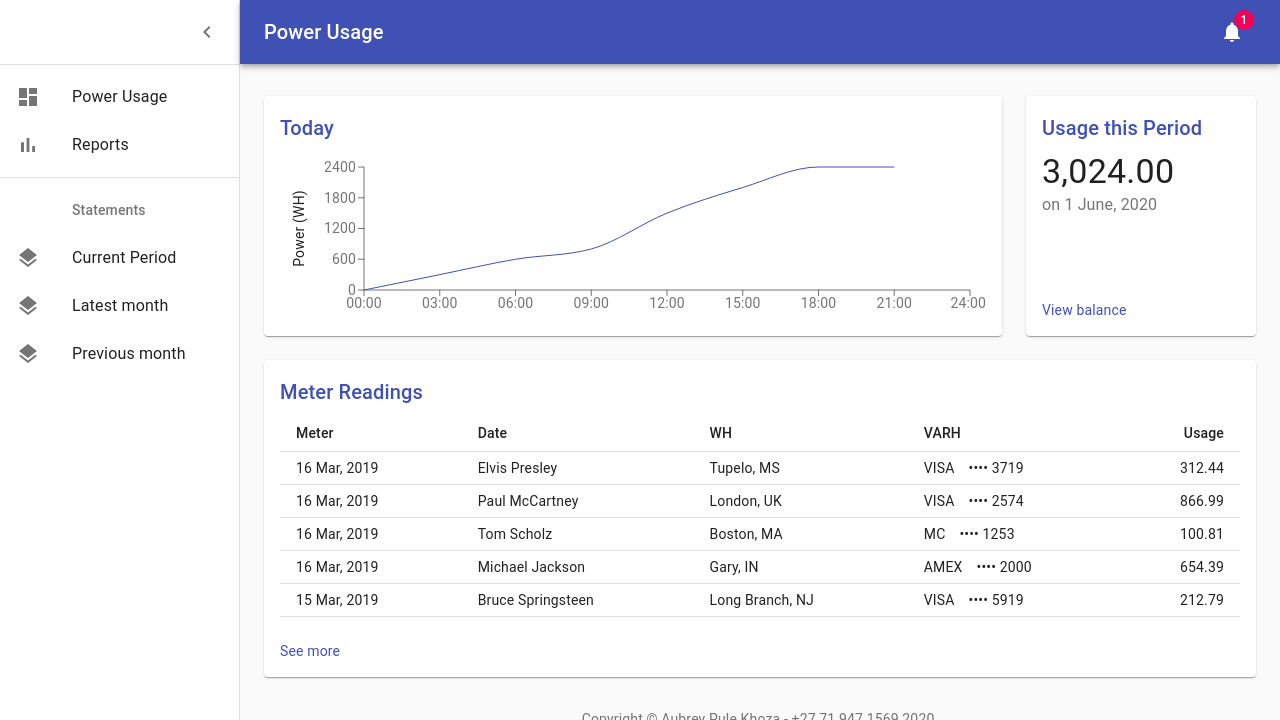
Repository: aubreypk/utilities-metering
Page: / (app in utilities-metering-app/)
The author's editor kept a copy of each file at every save. The page is drawn from the files as they stood at one save, then again after the next save.
The browser window is 1280 px wide. The pictures show the whole page.
An inner scrolling area shows only its first screen. The project was rebuilt for these pictures with package versions that can differ from the ones it lists, and the page was loaded fresh each time. Also part of the build but not shown: utilities-metering-app/src/App.css.

Above is the page before, as saved 2020-05-31 18:02:12.

### utilities-metering-app/src/App.js
import React, { Component } from 'react'
import Dashboard from './components/Dashboard'

import './App.css';

class App extends Component {
  render() {
    return (
      <div>
        <Dashboard />
      </div>
    )
  }
}

export default App;

### utilities-metering-app/src/components/Dashboard.js
import React from 'react';
import clsx from 'clsx';
import { makeStyles } from '@material-ui/core/styles';
import CssBaseline from '@material-ui/core/CssBaseline';
import Drawer from '@material-ui/core/Drawer';
import Box from '@material-ui/core/Box';
import AppBar from '@material-ui/core/AppBar';
import Toolbar from '@material-ui/core/Toolbar';
import List from '@material-ui/core/List';
import Typography from '@material-ui/core/Typography';
import Divider from '@material-ui/core/Divider';
import IconButton from '@material-ui/core/IconButton';
import Badge from '@material-ui/core/Badge';
import Container from '@material-ui/core/Container';
import Grid from '@material-ui/core/Grid';
import Paper from '@material-ui/core/Paper';
import Link from '@material-ui/core/Link';
import MenuIcon from '@material-ui/icons/Menu';
import ChevronLeftIcon from '@material-ui/icons/ChevronLeft';
import NotificationsIcon from '@material-ui/icons/Notifications';
import { mainListItems, secondaryListItems } from './Sidebar';
import PowerChart from './PowerChart';
import TotalPower from './TotalPower';
import PowerReadings from './PowerReadings';

function Copyright() {
  return (
    <Typography variant="body2" color="textSecondary" align="center">
      {'Copyright © '}
      <Link color="inherit" href="#">
        Aubrey Pule Khoza - +27 71 947 1569
      </Link>{' '}
      {new Date().getFullYear()}
      {'.'}
    </Typography>
  );
}

const drawerWidth = 240;

const useStyles = makeStyles((theme) => ({
  root: {
    display: 'flex',
  },
  toolbar: {
    paddingRight: 24, // keep right padding when drawer closed
  },
  toolbarIcon: {
    display: 'flex',
    alignItems: 'center',
    justifyContent: 'flex-end',
    padding: '0 8px',
    ...theme.mixins.toolbar,
  },
  appBar: {
    zIndex: theme.zIndex.drawer + 1,
    transition: theme.transitions.create(['width', 'margin'], {
      easing: theme.transitions.easing.sharp,
      duration: theme.transitions.duration.leavingScreen,
    }),
  },
  appBarShift: {
    marginLeft: drawerWidth,
    width: `calc(100% - ${drawerWidth}px)`,
    transition: theme.transitions.create(['width', 'margin'], {
      easing: theme.transitions.easing.sharp,
      duration: theme.transitions.duration.enteringScreen,
    }),
  },
  menuButton: {
    marginRight: 36,
  },
  menuButtonHidden: {
    display: 'none',
  },
  title: {
    flexGrow: 1,
  },
  drawerPaper: {
    position: 'relative',
    whiteSpace: 'nowrap',
    width: drawerWidth,
    transition: theme.transitions.create('width', {
      easing: theme.transitions.easing.sharp,
      duration: theme.transitions.duration.enteringScreen,
    }),
  },
  drawerPaperClose: {
    overflowX: 'hidden',
    transition: theme.transitions.create('width', {
      easing: theme.transitions.easing.sharp,
      duration: theme.transitions.duration.leavingScreen,
    }),
    width: theme.spacing(7),
    [theme.breakpoints.up('sm')]: {
      width: theme.spacing(9),
    },
  },
  appBarSpacer: theme.mixins.toolbar,
  content: {
    flexGrow: 1,
    height: '100vh',
    overflow: 'auto',
  },
  container: {
    paddingTop: theme.spacing(4),
    paddingBottom: theme.spacing(4),
  },
  paper: {
    padding: theme.spacing(2),
    display: 'flex',
    overflow: 'auto',
    flexDirection: 'column',
  },
  fixedHeight: {
    height: 240,
  },
}));

export default function Dashboard() {
  const classes = useStyles();
  const [open, setOpen] = React.useState(true);
  const handleDrawerOpen = () => {
    setOpen(true);
  };
  const handleDrawerClose = () => {
    setOpen(false);
  };
  const fixedHeightPaper = clsx(classes.paper, classes.fixedHeight);

  return (
    <div className={classes.root}>
      <CssBaseline />
      <AppBar position="absolute" className={clsx(classes.appBar, open && classes.appBarShift)}>
        <Toolbar className={classes.toolbar}>
          <IconButton
            edge="start"
            color="inherit"
            aria-label="open drawer"
            onClick={handleDrawerOpen}
            className={clsx(classes.menuButton, open && classes.menuButtonHidden)}
          >
            <MenuIcon />
          </IconButton>
          <Typography component="h1" variant="h6" color="inherit" noWrap className={classes.title}>
            Power Usage
          </Typography>
          <IconButton color="inherit">
            <Badge badgeContent={1} color="secondary">
              <NotificationsIcon />
            </Badge>
          </IconButton>
        </Toolbar>
      </AppBar>
      <Drawer
        variant="permanent"
        classes={{
          paper: clsx(classes.drawerPaper, !open && classes.drawerPaperClose),
        }}
        open={open}
      >
        <div className={classes.toolbarIcon}>
          <IconButton onClick={handleDrawerClose}>
            <ChevronLeftIcon />
          </IconButton>
        </div>
        <Divider />
        <List>{mainListItems}</List>
        <Divider />
        <List>{secondaryListItems}</List>
      </Drawer>
      <main className={classes.content}>
        <div className={classes.appBarSpacer} />
        <Container maxWidth="lg" className={classes.container}>
          <Grid container spacing={3}>
            {/* Chart */}
            <Grid item xs={12} md={8} lg={9}>
              <Paper className={fixedHeightPaper}>
                <PowerChart />
              </Paper>
            </Grid>
            {/* Recent Deposits */}
            <Grid item xs={12} md={4} lg={3}>
              <Paper className={fixedHeightPaper}>
                <TotalPower />
              </Paper>
            </Grid>
            {/* Recent Orders */}
            <Grid item xs={12}>
              <Paper className={classes.paper}>
                <PowerReadings />
              </Paper>
            </Grid>
          </Grid>
          <Box pt={4}>
            <Copyright />
          </Box>
        </Container>
      </main>
    </div>
  );
}

### utilities-metering-app/src/components/Sidebar.js
import React from 'react';
import ListItem from '@material-ui/core/ListItem';
import ListItemIcon from '@material-ui/core/ListItemIcon';
import ListItemText from '@material-ui/core/ListItemText';
import ListSubheader from '@material-ui/core/ListSubheader';
import DashboardIcon from '@material-ui/icons/Dashboard';
import BarChartIcon from '@material-ui/icons/BarChart';
import LayersIcon from '@material-ui/icons/Layers';
//import AssignmentIcon from '@material-ui/icons/Assignment';

export const mainListItems = (
  <div>
    <ListItem button>
      <ListItemIcon>
        <DashboardIcon />
      </ListItemIcon>
      <ListItemText primary="Power Usage" />
    </ListItem>
    <ListItem button>
      <ListItemIcon>
        <BarChartIcon />
      </ListItemIcon>
      <ListItemText primary="Reports" />
    </ListItem>
  </div>
);

export const secondaryListItems = (
  <div>
    <ListSubheader inset>Statements</ListSubheader>
    <ListItem button>
      <ListItemIcon>
        <LayersIcon />
      </ListItemIcon>
      <ListItemText primary="Current Period" />
    </ListItem>
    <ListItem button>
      <ListItemIcon>
        <LayersIcon />
      </ListItemIcon>
      <ListItemText primary="Latest month" />
    </ListItem>
    <ListItem button>
      <ListItemIcon>
        <LayersIcon />
      </ListItemIcon>
      <ListItemText primary="Previous month" />
    </ListItem>
  </div>
);

### utilities-metering-app/src/components/PowerChart.js
import React from 'react';
import { useTheme } from '@material-ui/core/styles';
import { LineChart, Line, XAxis, YAxis, Label, ResponsiveContainer } from 'recharts';
import Header from './Header';

// Generate Sales Data
function createData(time, amount) {
  return { time, amount };
}

const data = [
  createData('00:00', 0),
  createData('03:00', 300),
  createData('06:00', 600),
  createData('09:00', 800),
  createData('12:00', 1500),
  createData('15:00', 2000),
  createData('18:00', 2400),
  createData('21:00', 2400),
  createData('24:00', undefined),
];

export default function PowerChart() {
  const theme = useTheme();

  return (
    <React.Fragment>
      <Header>Today</Header>
      <ResponsiveContainer>
        <LineChart
          data={data}
          margin={{
            top: 16,
            right: 16,
            bottom: 0,
            left: 24,
          }}
        >
          <XAxis dataKey="time" stroke={theme.palette.text.secondary} />
          <YAxis stroke={theme.palette.text.secondary}>
            <Label
              angle={270}
              position="left"
              style={{ textAnchor: 'middle', fill: theme.palette.text.primary }}
            >
              Power (WH)
            </Label>
          </YAxis>
          <Line type="monotone" dataKey="amount" stroke={theme.palette.primary.main} dot={false} />
        </LineChart>
      </ResponsiveContainer>
    </React.Fragment>
  );
}

### utilities-metering-app/src/components/TotalPower.js
import React from 'react';
import Link from '@material-ui/core/Link';
import { makeStyles } from '@material-ui/core/styles';
import Typography from '@material-ui/core/Typography';
import Header from './Header';

function preventDefault(event) {
  event.preventDefault();
}

const useStyles = makeStyles({
  depositContext: {
    flex: 1,
  },
});

export default function TotalPower() {
  const classes = useStyles();
  return (
    <React.Fragment>
      <Header>Usage this Period</Header>
      <Typography component="p" variant="h4">
        3,024.00
      </Typography>
      <Typography color="textSecondary" className={classes.depositContext}>
        on 1 June, 2020
      </Typography>
      <div>
        <Link color="primary" href="#" onClick={preventDefault}>
          View balance
        </Link>
      </div>
    </React.Fragment>
  );
}

### utilities-metering-app/src/components/PowerReadings.js
import React from 'react';
import Link from '@material-ui/core/Link';
import { makeStyles } from '@material-ui/core/styles';
import Table from '@material-ui/core/Table';
import TableBody from '@material-ui/core/TableBody';
import TableCell from '@material-ui/core/TableCell';
import TableHead from '@material-ui/core/TableHead';
import TableRow from '@material-ui/core/TableRow';
import Header from './Header';

// Generate Order Data
function createData(id, date, name, shipTo, paymentMethod, amount) {
  return { id, date, name, shipTo, paymentMethod, amount };
}

const rows = [
  createData(0, '16 Mar, 2019', 'Elvis Presley', 'Tupelo, MS', 'VISA ⠀•••• 3719', 312.44),
  createData(1, '16 Mar, 2019', 'Paul McCartney', 'London, UK', 'VISA ⠀•••• 2574', 866.99),
  createData(2, '16 Mar, 2019', 'Tom Scholz', 'Boston, MA', 'MC ⠀•••• 1253', 100.81),
  createData(3, '16 Mar, 2019', 'Michael Jackson', 'Gary, IN', 'AMEX ⠀•••• 2000', 654.39),
  createData(4, '15 Mar, 2019', 'Bruce Springsteen', 'Long Branch, NJ', 'VISA ⠀•••• 5919', 212.79),
];

function preventDefault(event) {
  event.preventDefault();
}

const useStyles = makeStyles((theme) => ({
  seeMore: {
    marginTop: theme.spacing(3),
  },
}));

export default function PowerReadings() {
  const classes = useStyles();
  return (
    <React.Fragment>
      <Header>Meter Readings</Header>
      <Table size="small">
        <TableHead>
          <TableRow>
            <TableCell>Meter</TableCell>
            <TableCell>Date</TableCell>
            <TableCell>WH</TableCell>
            <TableCell>VARH</TableCell>
            <TableCell align="right">Usage</TableCell>
          </TableRow>
        </TableHead>
        <TableBody>
          {rows.map((row) => (
            <TableRow key={row.id}>
              <TableCell>{row.date}</TableCell>
              <TableCell>{row.name}</TableCell>
              <TableCell>{row.shipTo}</TableCell>
              <TableCell>{row.paymentMethod}</TableCell>
              <TableCell align="right">{row.amount}</TableCell>
            </TableRow>
          ))}
        </TableBody>
      </Table>
      <div className={classes.seeMore}>
        <Link color="primary" href="#" onClick={preventDefault}>
          See more
        </Link>
      </div>
    </React.Fragment>
  );
}

### utilities-metering-app/src/components/Header.js
import React from 'react';
import PropTypes from 'prop-types';
import Typography from '@material-ui/core/Typography';

export default function Header(props) {
  return (
    <Typography component="h2" variant="h6" color="primary" gutterBottom>
      {props.children}
    </Typography>
  );
}

Header.propTypes = {
  children: PropTypes.node,
};

Loaded but not shown: utilities-metering-app/public/index.html (common file); utilities-metering-app/src/index.js (common file); utilities-metering-app/src/index.css (common file); utilities-metering-app/src/serviceWorker.js (common file)

After the next save:
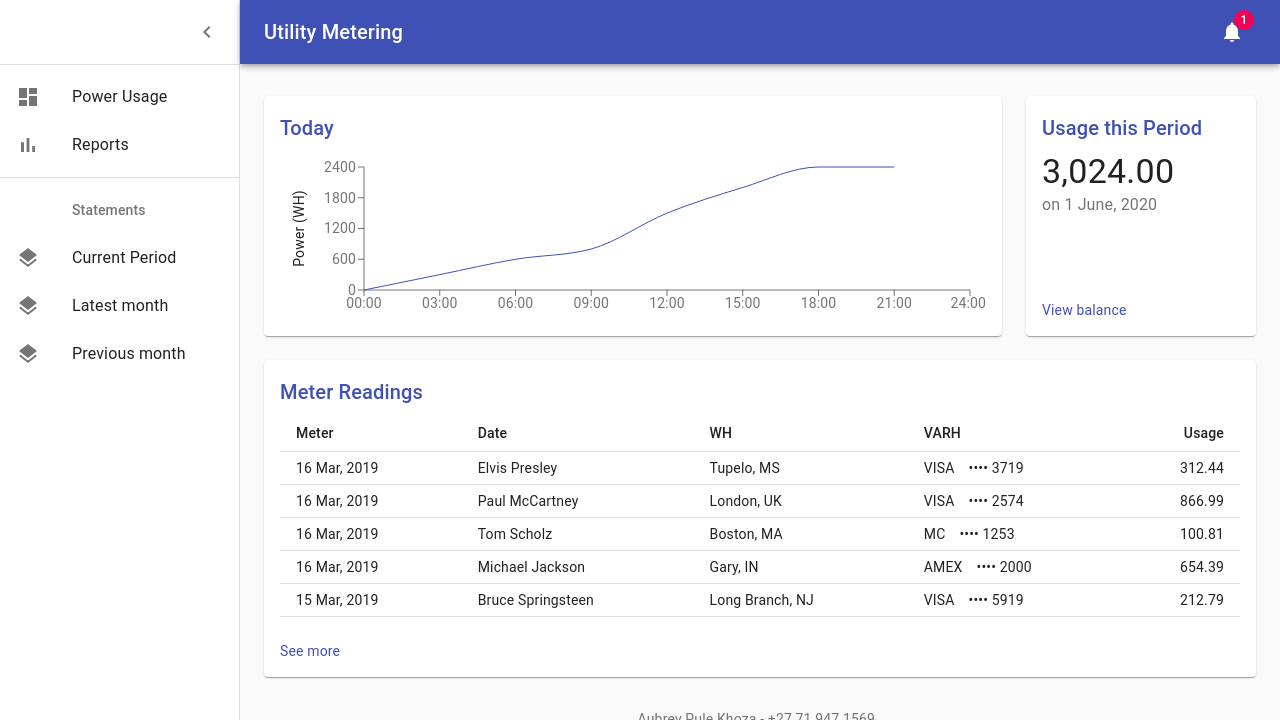
Saved 3 min 12 s later.
--- a/utilities-metering-app/src/components/Dashboard.js
+++ b/utilities-metering-app/src/components/Dashboard.js
@@ -26,11 +26,11 @@ import PowerReadings from './PowerReadings';
 function Copyright() {
   return (
     <Typography variant="body2" color="textSecondary" align="center">
-      {'Copyright © '}
+
       <Link color="inherit" href="#">
         Aubrey Pule Khoza - +27 71 947 1569
       </Link>{' '}
-      {new Date().getFullYear()}
+
       {'.'}
     </Typography>
   );
@@ -143,7 +143,7 @@ export default function Dashboard() {
             <MenuIcon />
           </IconButton>
           <Typography component="h1" variant="h6" color="inherit" noWrap className={classes.title}>
-            Power Usage
+            Utility Metering
           </Typography>
           <IconButton color="inherit">
             <Badge badgeContent={1} color="secondary">
